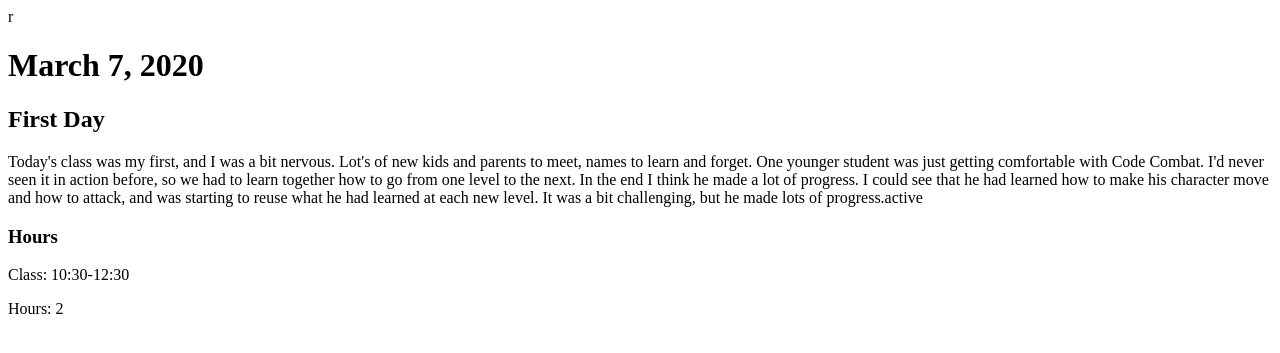
Repository: chocochocosensei/Mission-Exercises
Page: Page1/index.html
The author's editor kept a copy of each file at every save. The page is drawn from the files as they stood at one save, then again after the next save.
The browser window is 1280 px wide. The pictures show the whole page.

Above is the page before, as saved 2020-03-10 01:52:45.

After the next save:
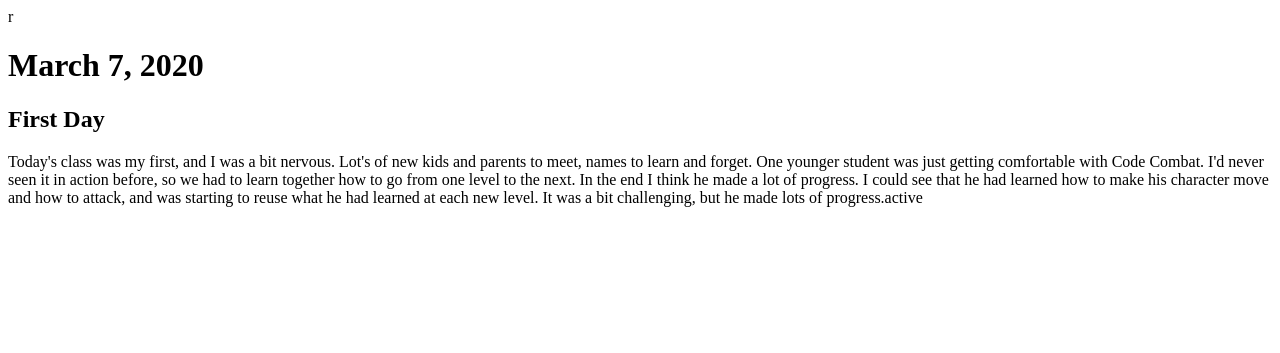
Saved 9 min 11 s later.
--- a/Page1/index.html
+++ b/Page1/index.html
@@ -3,19 +3,24 @@
 
 <head>
     <meta charset="utf-8">
-    <link rel="stylesheet" href="style.css"> r
+    <link rel="stylesheet" href="../style.css"> r
     <title>Mission Exercises March 7 2020</title>
 </head>
 
 <body>
-    <h1 id="diary-date" data-line="0" class="code-line">March 7, 2020</h1>
-    <h2 id="first-day" data-line="2" class="code-line">First Day</h2>
-    <p data-line="5" class="code-line">Today's class was my first, and I was a bit nervous. Lot's of new kids and parents to meet, names to learn and forget. One younger student was just getting comfortable with Code Combat. I'd never seen it in action before, so we had to learn together
-        how to go from one level to the next. In the end I think he made a lot of progress. I could see that he had learned how to make his character move and how to attack, and was starting to reuse what he had learned at each new level. It was a bit
-        challenging, but he made lots of progress.active</p>
-    <h3 id="hours" data-line="7" class="code-line">Hours</h3>
-    <p data-line="9" class="code-line">Class: 10:30-12:30</p>
-    <p data-line="11" class="code-line">Hours: 2</p>
+    <div id="diaryentry" class="entry">
+        <h1 id="diary-date">March 7, 2020</h1>
+        <h2 id="first-day">First Day</h2>
+        <p>Today's class was my first, and I was a bit nervous. Lot's of new kids and parents to meet, names to learn and forget. One younger student was just getting comfortable with Code Combat. I'd never seen it in action before, so we had to learn together
+            how to go from one level to the next. In the end I think he made a lot of progress. I could see that he had learned how to make his character move and how to attack, and was starting to reuse what he had learned at each new level. It was a
+            bit challenging, but he made lots of progress.active</p>
+    </div>
+
+    <div id="hours" class="hidden hours">
+        <h3>Hours</h3>
+        <p>Class: 10:30-12:30</p>
+        <p>Hours: 2</p>
+    </div>
 
 </body>
 
